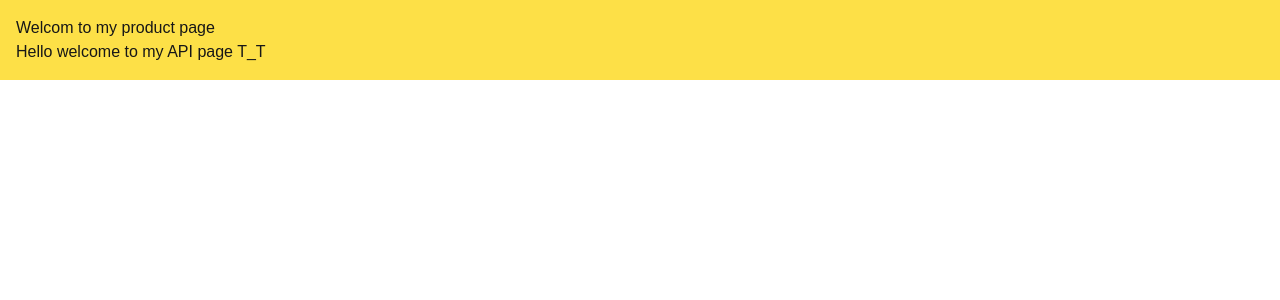
Repository: MelissaJacobi/mdia-3126
Page: /api (app in webapp-lab06/)
These files come from the project's save history. The page is drawn as it stood at one moment and after the next save; the edit follows.
The browser window is 1280 px wide. The pictures show the whole page.
The project was rebuilt for these pictures with package versions that can differ from the ones it lists, and the page was loaded fresh each time. The framework's server and built-in components were replaced by stand-ins that run in the browser. Also part of the build but not shown: webapp-lab06/next.config.mjs.

Above is the page before, as saved 2024-10-08 14:39:21.

After the next save:
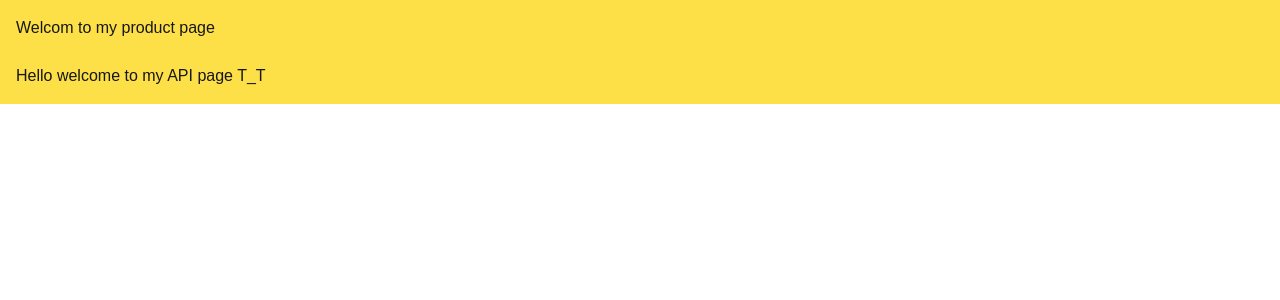
Saved 45 s later.
--- a/webapp-lab06/src/app/api/page.js
+++ b/webapp-lab06/src/app/api/page.js
@@ -8,6 +8,7 @@ export default function Page() {
         <div className="p-4 bg-yellow-300">
             <header>
                 <h1>Welcom to my product page</h1>
+                <button className="border-neutral-200 bg-black px-6"></button>
             </header>
             Hello welcome to my API page T_T
         </div>
